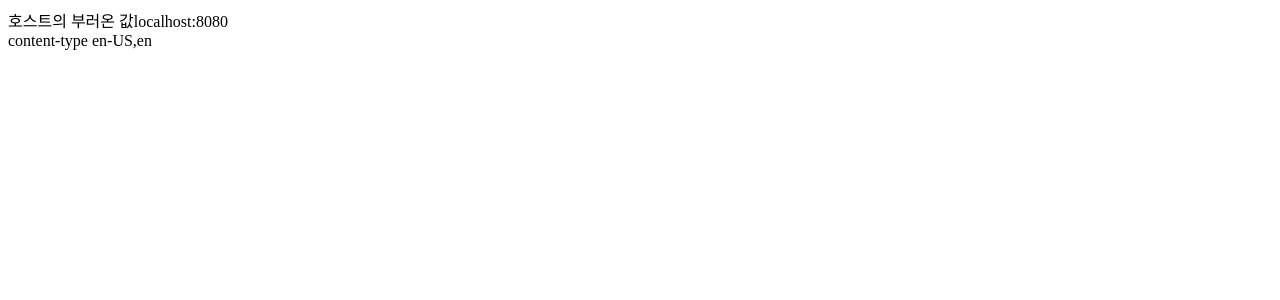
Repository: hodob/JSP_Practice
Page: http://localhost/JSP_WebMarket_JJH/ch05_ex/ex1.jsp
An editor plug-in stored every save of this project. The page is shown before and after a run of saves, followed by the edit.
The browser window is 1280 px wide. The pictures show the whole page.
The page is served by Tomcat 9. Other server files are loaded and not shown.

Above is the page before, as saved 2022-08-10 01:44:03.

### JSP_WebMarket_JJH/WebContent/ch05_ex/ex1.jsp
<%@ page language="java" contentType="text/html; charset=UTF-8"
    pageEncoding="UTF-8"%>
<!DOCTYPE html>
<html>
<head>
<meta charset="UTF-8">
<title>Insert title here</title>
</head>
<body>
<!-- <form action="ex2.jsp" method="post">
<p>이름 		: 	<input type="text" name = "name">
<p>아이디 	: 	<input type="text" name = "id1234">
<p>비번 		: 	<input type="text" name = "passwd">
<p>아이디 	:	<input type = "submit" value="전송">
</form> -->

<%
String hostValue = request.getHeader("host");
String ctValue = request.getHeader("accept-language");
%>
호스트의 부러온 값<%= hostValue %> <br>
content-type <%=ctValue %>



</body>
</html>

After the next 2 saves:
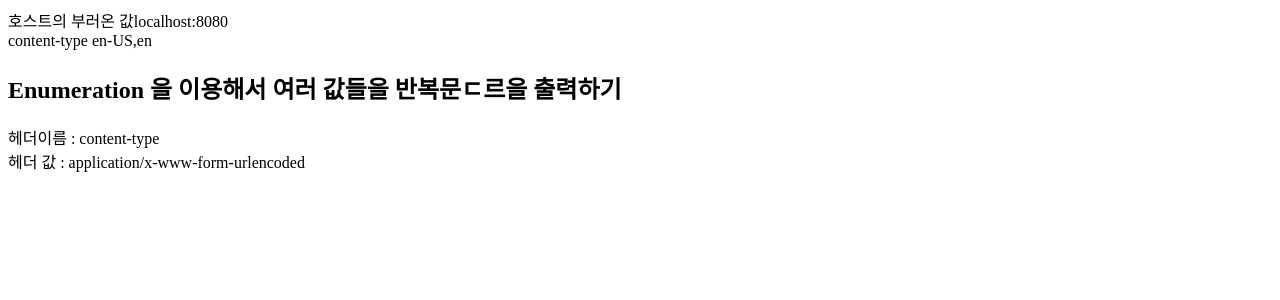
The 2 saves are shown as one change because 1 did not build or start.
The last was saved 21 min 29 s later.
--- a/JSP_WebMarket_JJH/WebContent/ch05_ex/ex1.jsp
+++ b/JSP_WebMarket_JJH/WebContent/ch05_ex/ex1.jsp
@@ -1,3 +1,4 @@
+<%@page import="java.util.Enumeration"%>
 <%@ page language="java" contentType="text/html; charset=UTF-8"
     pageEncoding="UTF-8"%>
 <!DOCTYPE html>
@@ -14,13 +15,28 @@
 <p>아이디 	:	<input type = "submit" value="전송">
 </form> -->
 
+<%! String headerName;
+String headerValue;%>
+
+
+
+
+
 <%
+Enumeration en =request.getHeaderNames();
 String hostValue = request.getHeader("host");
 String ctValue = request.getHeader("accept-language");
 %>
 호스트의 부러온 값<%= hostValue %> <br>
-content-type <%=ctValue %>
-
+content-type <%=ctValue%>
+<h2> Enumeration 을 이용해서 여러 값들을 반복문ㄷ르을 출력하기 </h2>
+<%
+while(en.hasMoreElements()){
+	 headerName = (String)en.nextElement(); //nextEl -- 원소를 가져오는 것을 의미한다.
+	 headerValue = (String)request.getHeader(headerName);  //키값으로 value 값 저장
+}
+%>
+헤더이름 : <%= headerName %> <br> 헤더 값 : <%= headerValue %>
 
 
 </body>
